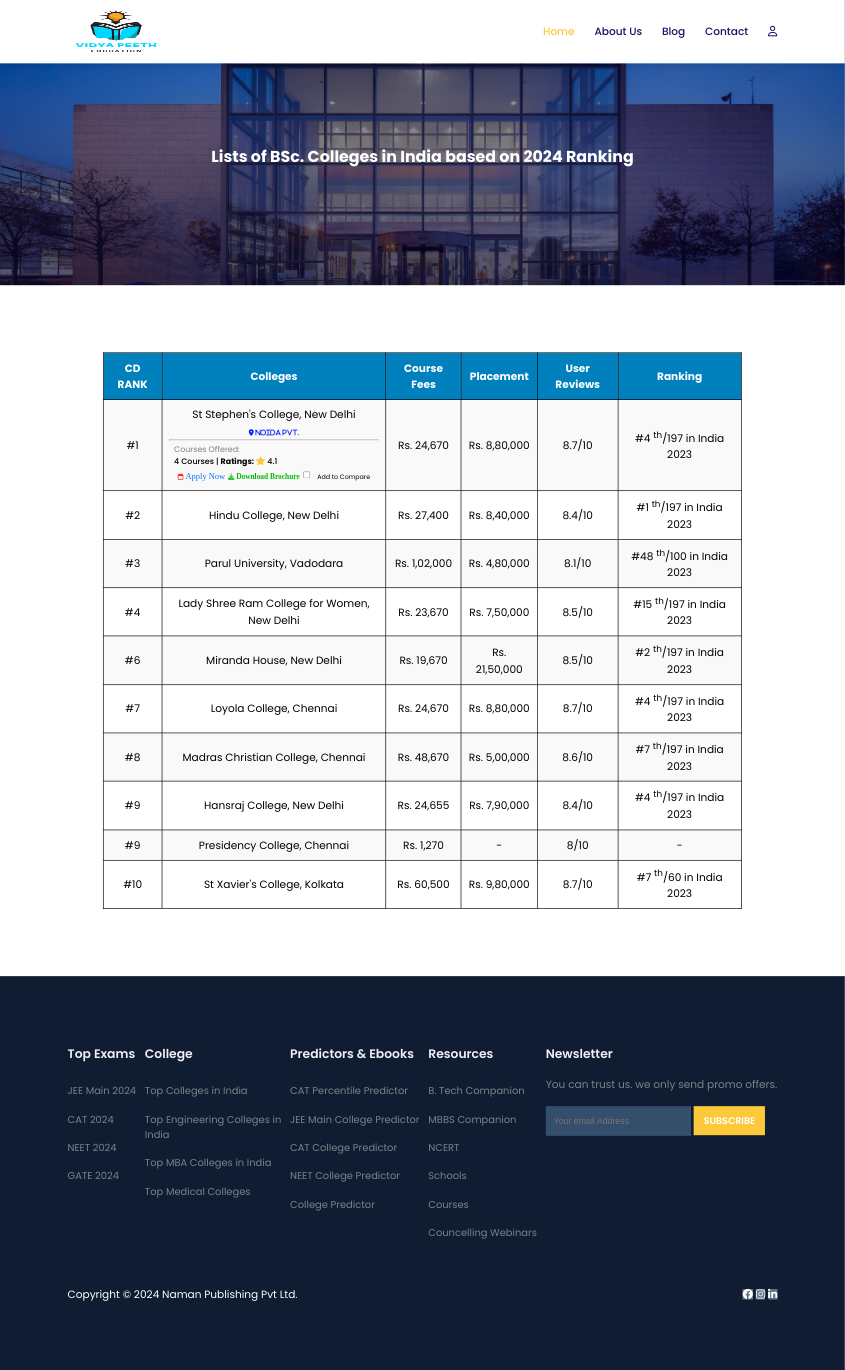
Repository: NamanSahu09/VidyaPreet-Ed-Tech-Website
Page: bsc.html
These files come from the project's save history. The page is drawn as it stood at one moment and after the next save; the edit follows.
The browser window is 1280 px wide. The pictures show the whole page, at 66% of full size.
Some web libraries are served in a nearby version.

Above is the page before, as saved 2024-04-12 13:29:40.

After the next save:
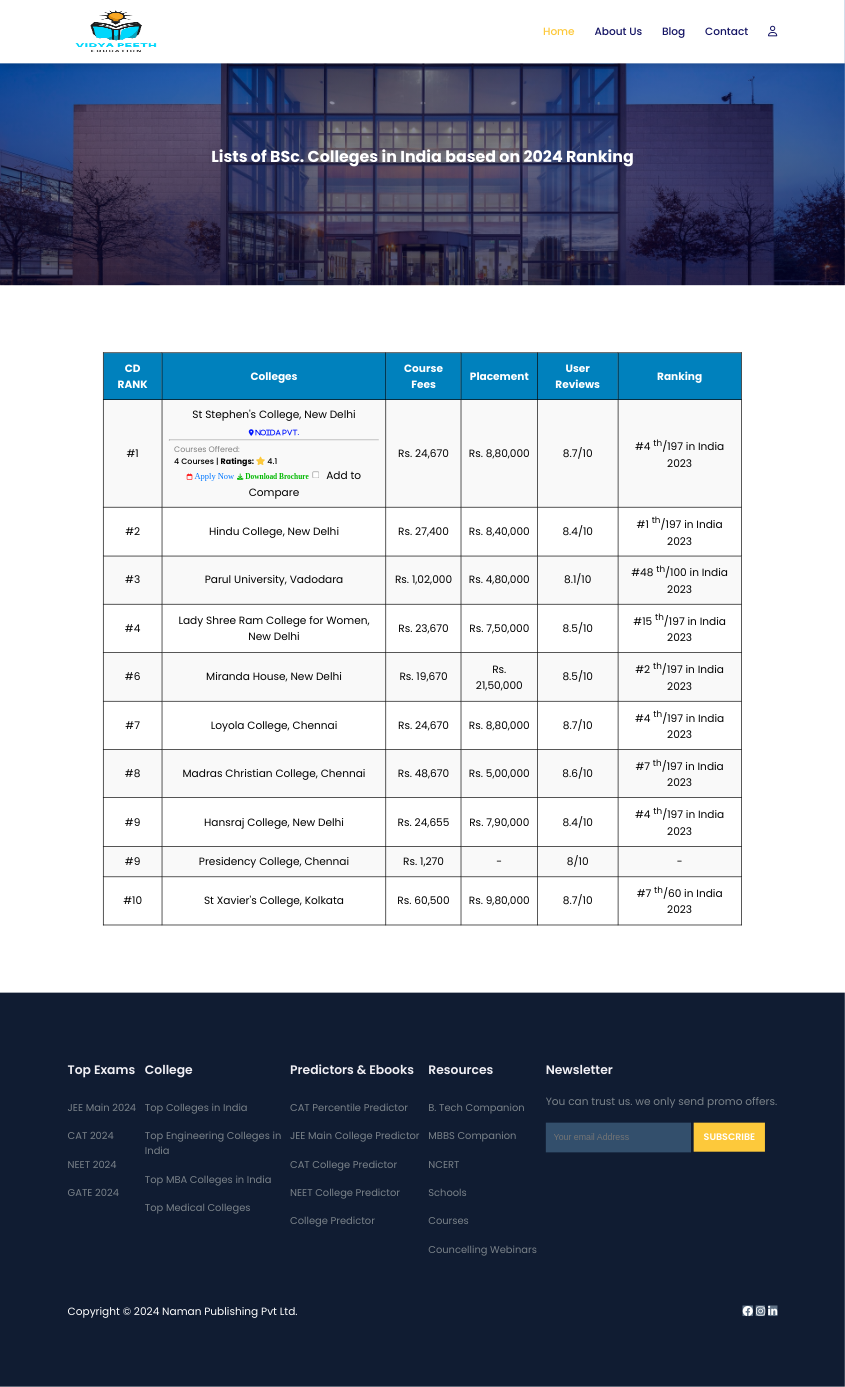
Saved 10 s later.
--- a/bsc.css
+++ b/bsc.css
@@ -368,12 +368,7 @@
 }
 
 
-label
-
-{
-	font-size: 0.6rem;
-
-}
+
 
 
 

After the save that followed:
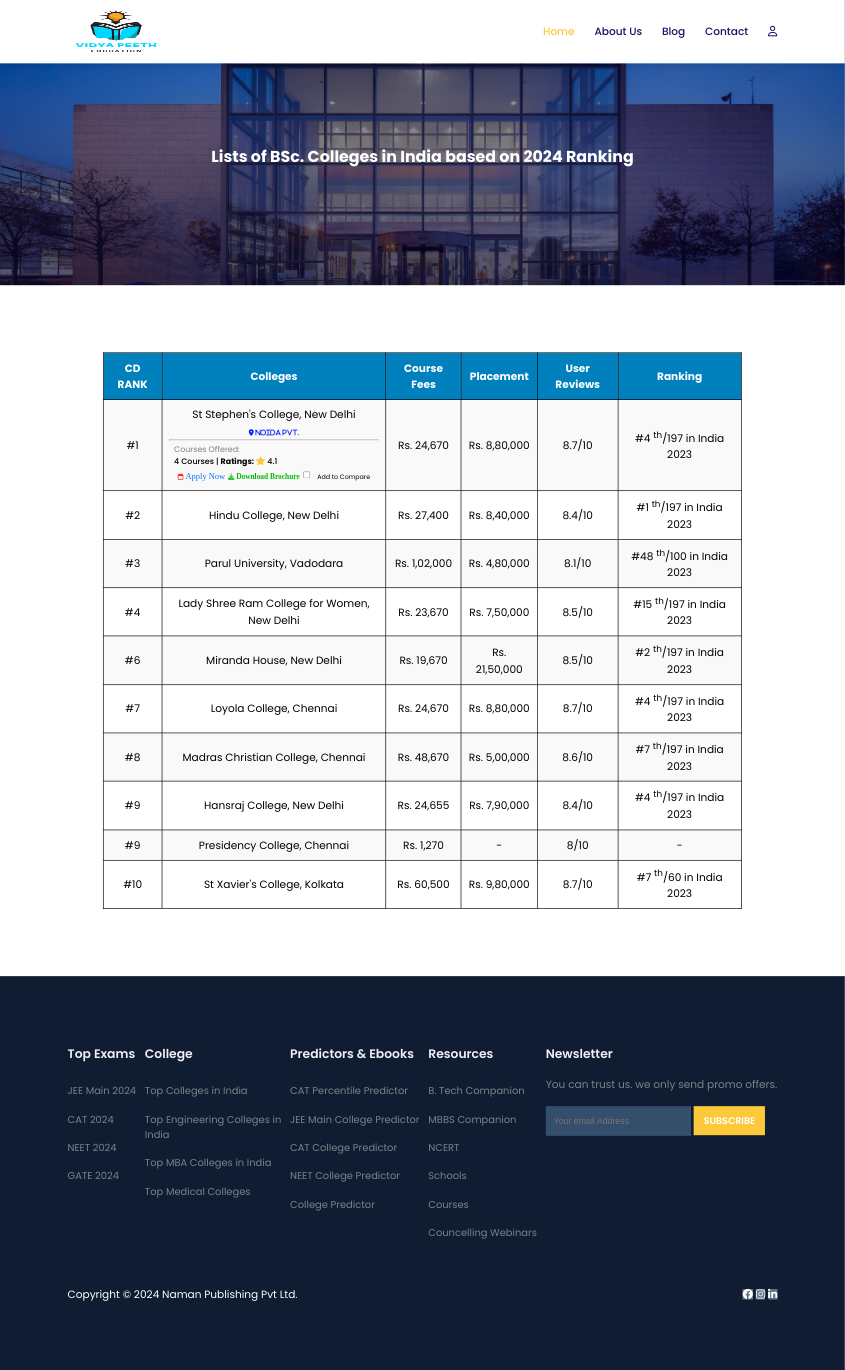
Saved 4 s later.
--- a/bsc.css
+++ b/bsc.css
@@ -368,7 +368,12 @@
 }
 
 
-
+label
+
+{
+	font-size: 0.6rem;
+
+}
 
 
 
